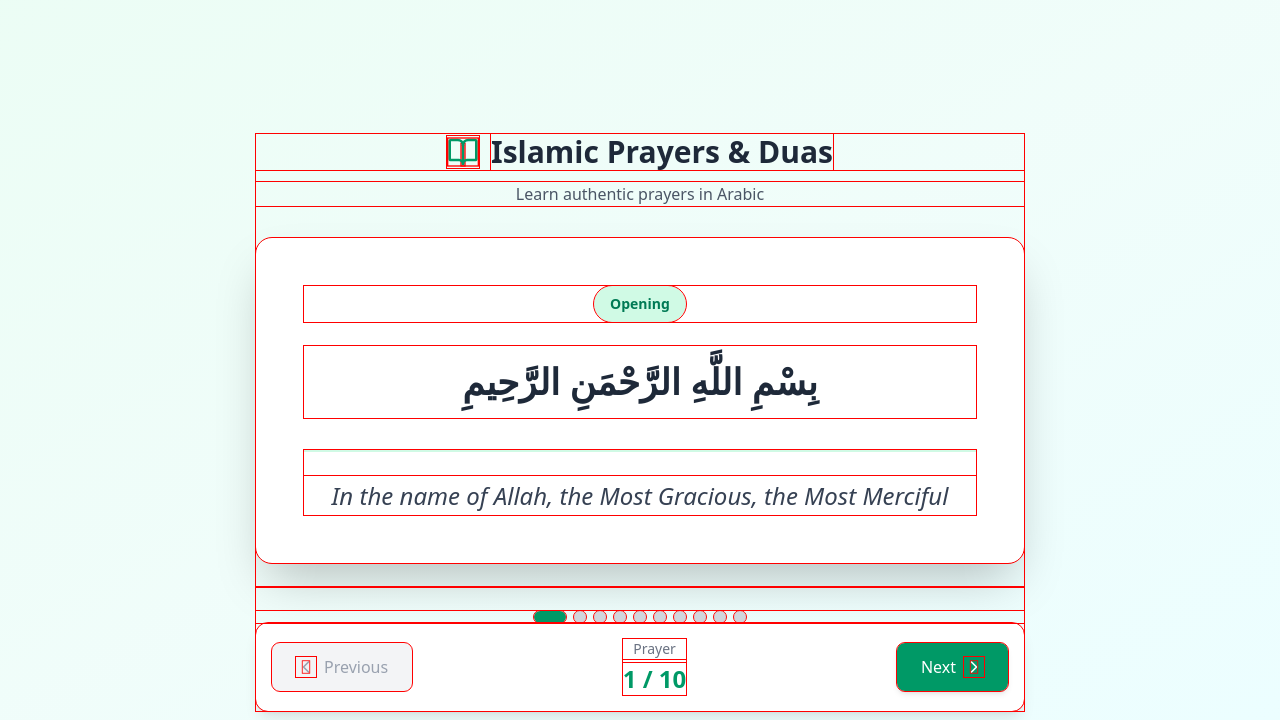
Repository: AbdulquddusMuhammad/prayerApp2.0
Page: /
These files come from the project's save history. The page is drawn as it stood at one moment and after the next save; the edit follows.
The browser window is 1280 px wide. The pictures show the whole page.
The project was rebuilt for these pictures with package versions that can differ from the ones it lists, and the page was loaded fresh each time. Also part of the build but not shown: vite.config.js.

Above is the page before, as saved 2026-01-18 09:05:07.

After the next save:
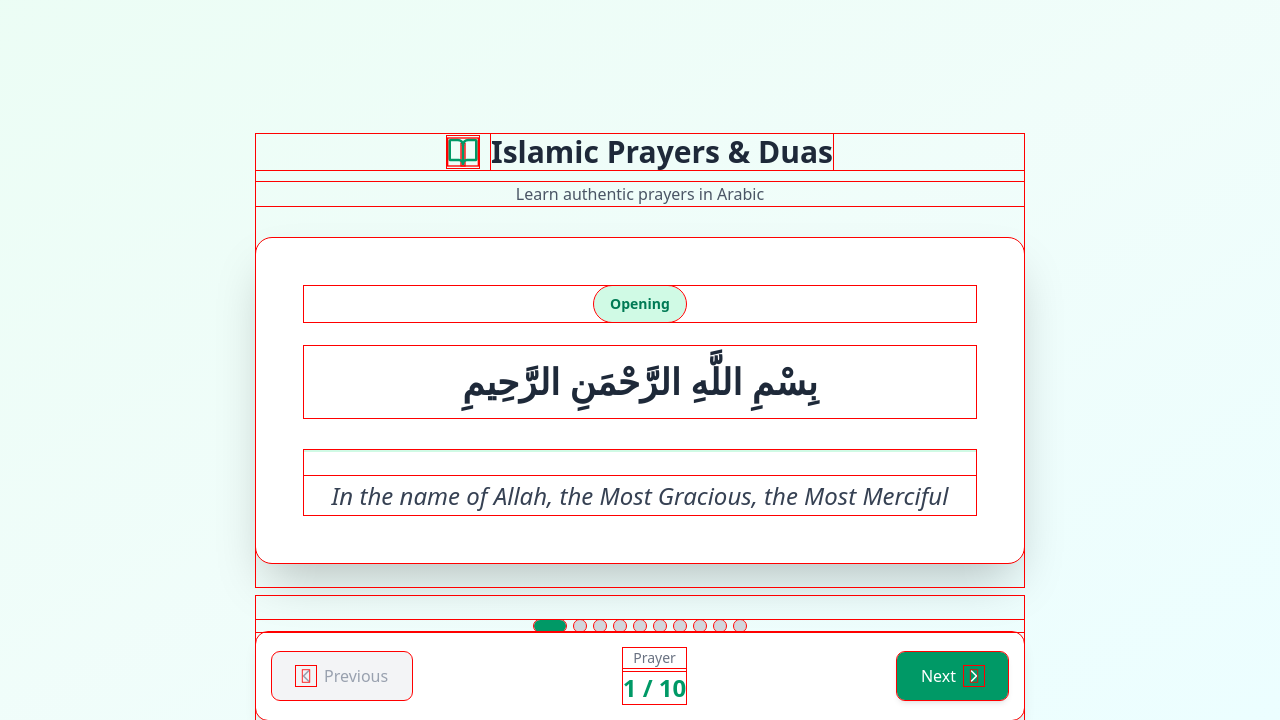
Saved 2 min 19 s later.
--- a/src/App.jsx
+++ b/src/App.jsx
@@ -110,7 +110,7 @@ const App = () => {
         </div>
 
         {/* Navigation Controls */}
-        <div className="_navigation_ fixed max-w-3xl w-full">
+        <div className="_navigation_ fixed bottom-0 max-w-3xl w-full">
           {/* Progress Dots */}
           <div className="flex justify-center gap-2 mt-6">
             {prayersData.prayers.map((_, index) => (
